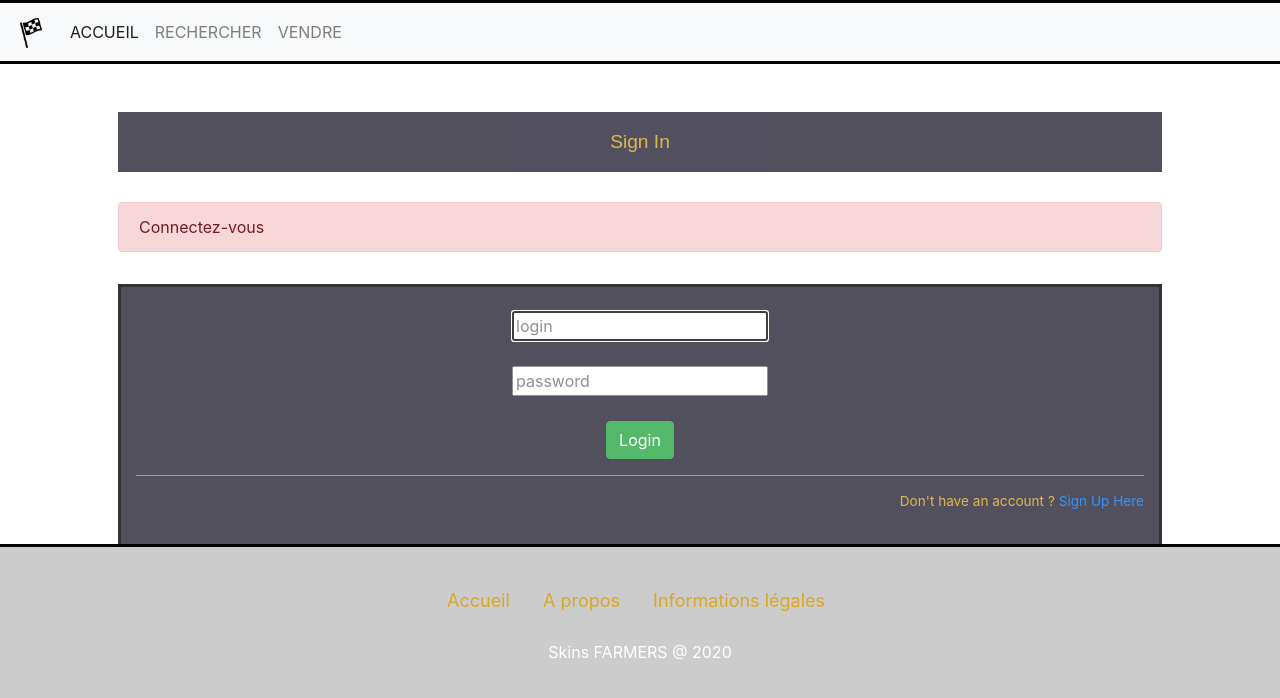
Repository: JonasvanHoorebeke/node_project_carforsale_final
Page: http://localhost/login/now
The author's editor kept a copy of each file at every save. The page is drawn from the files as they stood at one save, then again after the next save.
The browser window is 1280 px wide. The pictures show the whole page.
The page is served by the project's Node server (server.js). Other server files are loaded and not shown.

Above is the page before, as saved 2020-08-25 16:48:29.

### views/index.ejs

<%- include('header.ejs') %>
<body>
        <div class="container p-5">
            <div class="panel panel-info" >
                    <div class="panel-heading">
                        <div class="introsignup">Sign In</div>
                    </div>
                    <div style="padding-top:30px">
                        <% if (message.length > 0) { %>
                            <div class="alert alert-danger col-sm-12"><%= message %></div>
                <% } %>
                        <form id="loginform" role="form" method="post" action="/login"></br>
                            <div class="infologin">
                                        <input type="text"  name="login" value="" placeholder="login" aria-label="pseudo" autofocus>
                                    </div>
                            <div class="infologin">
                                        <input type="password"  name="password" placeholder="password" aria-label="mot de passe">
                                    </div>
                            <div class="infologin">
                                    </div>
                                <div style="margin-top:10px" class="form-group">
                                    <!--bouton-->
                                    <div class="login">
                                      <button id="login" type="submit" class="btn btn-success">Login  </button>
                                    </div>
                                </div>
                                <div class="form-group">
                                    <div class="col-md-12 control">
                                        <div class="pascompte" > Don't have an account ? <a href="/signup">Sign Up Here</a>
                                        </div>
                                    </div>
                                </div>
                            </form>
                        </div>
                    </div>
        </div>
    </div>
    <%- include('footer.ejs') %>

### views/header.ejs
<!DOCTYPE html>
<html lang="fr">

<head>
  <title>Cars for sale - Véhicules d'occasion</title>
  <meta charset="utf-8">
  <meta name="viewport" content="width=device-width, initial-scale=1.0">
  <link href="/css/style.css" rel="stylesheet" type="text/css">
  <link rel="stylesheet" href="https://maxcdn.bootstrapcdn.com/bootstrap/4.3.1/css/bootstrap.min.css">
  <script type="text/javascript" src="../scripts/scriptindex.js"></script>
  <script src="https://ajax.googleapis.com/ajax/libs/jquery/3.4.1/jquery.min.js"></script>
  <script src="https://maxcdn.bootstrapcdn.com/bootstrap/4.3.1/js/bootstrap.min.js"></script>
  <link rel="stylesheet" href="https://stackpath.bootstrapcdn.com/bootstrap/4.4.1/css/bootstrap.min.css" integrity="sha384-Vkoo8x4CGsO3+Hhxv8T/Q5PaXtkKtu6ug5TOeNV6gBiFeWPGFN9MuhOf23Q9Ifjh" crossorigin="anonymous">
    <!-- Plugin JS, jQuery Bootstrap -->
    <script src="https://code.jquery.com/jquery-3.5.1.slim.min.js" integrity="sha384-DfXdz2htPH0lsSSs5nCTpuj/zy4C+OGpamoFVy38MVBnE+IbbVYUew+OrCXaRkfj" crossorigin="anonymous"></script>
    <script src="https://cdn.jsdelivr.net/npm/popper.js@1.16.0/dist/umd/popper.min.js" integrity="sha384-Q6E9RHvbIyZFJoft+2mJbHaEWldlvI9IOYy5n3zV9zzTtmI3UksdQRVvoxMfooAo" crossorigin="anonymous"></script>
    <script src="https://stackpath.bootstrapcdn.com/bootstrap/4.5.0/js/bootstrap.min.js" integrity="sha384-OgVRvuATP1z7JjHLkuOU7Xw704+h835Lr+6QL9UvYjZE3Ipu6Tp75j7Bh/kR0JKI" crossorigin="anonymous"></script>

</head>
<body>
    <!--<nav class="navbar navbar-expand-sm navbar-light bg-light">
        <div class="container"><a class="skinfarmers" src="css/cars-for-sale-logo.png" width="30" height="30" alt="Logo de Cars for sale">></a><button data-toggle="collapse" class="navbar-toggler" data-target="#navcol-1"><span class="sr-only">Toggle navigation</span><span class="navbar-toggler-icon"></span></button>
            <div class="collapse navbar-collapse"
                id="navcol-1">
                <ul class="nav navbar-nav ml-auto">
                    <li role="presentation"><a class="navboutonergo" href="/annonce/add">Ajouter un skin</a></li>
                    <li role="presentation"><a class="navbouton" href="#">Fonctionnement</a></li>
                    <li role="presentation"><a class="navbouton" href="/signup/now">S'inscrire</a></li>
                    <li role="presentation"><a class="navbouton" href="/profil">Profil</a></li>
                    <li role="presentation"><a class="navbouton" href="/logout">Déconnexion</a></li>
                    <li role="presentation"><a class="navbouton" href="/cart">cart</a></li>
                    <li><a href="/cart" class="cartlogo"><img src="/css/ttt.png" alt="bouton panier" style="max-width: 39px;"></a></li>
                </ul>
            </div>
        </div>
    </nav>-->



    <nav class="navbar navbar-expand-sm navbar-light bg-light">
        <a class="navbar-brand" href="/">
          <img src="css/cars-for-sale-logo.png" width="30" height="30" alt="Logo de Cars for sale">
        </a>
        <button class="navbar-toggler" type="button" data-toggle="collapse" data-target="#navbarNav" aria-controls="navbarNav" aria-expanded="false" aria-label="Toggle navigation">
          <span class="navbar-toggler-icon"></span>
        </button>
        <div class="collapse navbar-collapse" id="navbarNav">
          <ul class="navbar-nav">
            <li class="nav-item active">
              <a class="nav-link" href="/">ACCUEIL</a>
            </li>
            <li class="nav-item">
              <a class="nav-link" href="/">RECHERCHER</a>
            </li>
            <li class="nav-item">
              <a class="nav-link" href="/annonce/add">VENDRE</a>
            </li>
          </ul>
        </div>
      </nav>

### views/footer.ejs
<!DOCTYPE html>
<html lang="fr">
<head>
  <title></title>
  <meta charset="utf-8">
  <meta name="viewport" content="width=device-width, initial-scale=1.0">
  <link rel="stylesheet" href="https://stackpath.bootstrapcdn.com/bootstrap/4.4.1/css/bootstrap.min.css" integrity="sha384-Vkoo8x4CGsO3+Hhxv8T/Q5PaXtkKtu6ug5TOeNV6gBiFeWPGFN9MuhOf23Q9Ifjh" crossorigin="anonymous">
  <link href="/css/style.css" rel="stylesheet" type="text/css">
  <link rel="stylesheet" href="https://maxcdn.bootstrapcdn.com/bootstrap/4.3.1/css/bootstrap.min.css">
</head>
<div id="page">
  <div class="footerr">
      <footer>
          <ul class="boutonfooter">
              <li class="bouton"><a href="/">Accueil</a></li>
              <li class="bouton"><a href="#">A propos</a></li>
              <li class="bouton"><a href="/infoleg">Informations légales</a></li>
          </ul>
      </br>
          <p class="copyright">Skins FARMERS @ 2020</p>
      </footer>
  </div>
</div>
</body>
</html>

### server.js
const path = require('path');
const express = require('express');
const ejs = require('ejs');
const bodyParser = require('body-parser');
const mysql = require('mysql');
const app = express();
const http = require('http');
const mysqlConnection = require("./connection.js");
var router = express.Router();
var session = require('express-session');
var cookieParser = require('cookie-parser');



//set views file
app.set('views',path.join(__dirname,'views'));

//set view engine
app.set('view engine', 'ejs');
app.use(bodyParser.json());
app.use(bodyParser.urlencoded({ extended: false }));
app.use(cookieParser());
app.use(session({
  secret: 'secret',
  resave: false,
  saveUninitialized: true
}))
app.use(express.static(__dirname + '/public')) //pour utiliser le css en local (fichiers statiques)



//app.use('/', routesUsers);
let routesUsers = require("./routes/routesAnnonces");
app.use('/', routesUsers);
// Server Listening
app.listen(3000, () => {
    console.log('I am feeling great on port 3000');
});

### controllers/usersControllers.js
const mysqlConnection = require("../connection.js");
var User = require('../models/userCompte.js');

// POUR SE CONNECTER AU SITE WEB PAR SESSION
exports.login = function(req, res){
   var message = '';
   var sess = req.session;
   let data = {login: req.body.login, password: req.body.password};
   var login = req.body.login;
   var password = req.body.password;
   let sql="SELECT iduser, login, telephone, password FROM `users` WHERE `login`='"+login+"' and password = '"+password+"'";
   let query = mysqlConnection.query(sql, data,(err, results)=>{
          if(results.length){
             req.session.id = results[0].iduser;
             req.session.role = results[0].role;
             req.session.users = results[0];
             console.log(results[0].iduser);
             res.redirect('/');
             message = 'Login réussi !';
          }
          else{
             message = 'Mauvaises informations.';
             res.render('index.ejs',{message: message});
          };
      });
};

//POUR SE DIRIGER VERS LA PAGE DE LOGIN
exports.loginNow = function(req, res){
   res.render('index.ejs', {
      message : "Connectez-vous"
   });
};

// POUR S'INSCRIRE SUR LE SITE WEB
exports.signup = function (req, res) {
   let user = new User(req.body.iduser, req.body.login, req.body.telephone, req.body.password);
   console.log(user);
   mysqlConnection.query("INSERT INTO users SET?",
       user, function (err, results) {
           if (err) {
               res.status(400).send(error);
           } else {
               res.status(200).redirect('/');
           }
       });
   };
// POUR AFFICHER LA PAGE D'INSCRIPTION
exports.signupNow = function(req, res){
   res.render('regist.ejs', {
      message : "Inscrivez-vous"
   });
};

// POUR SE DECONNECTER DU SITE WEB
exports.logout = function(req,res){
   req.session.destroy(function(err){
       if(err){
           console.log(err);
       }
       else
       {
           res.redirect('/');
       }
   });
 };
// POUR AFFICHER LES INFORMATIONS DE SON PROFIL ET LES MODIFIER
exports.profilUpdate = function (req, res) {
   const id = req.params.id;
   let sql = `Select * from users where iduser = ${id}`;
   let query = mysqlConnection.query(sql,(err, result)=>{
       if(err) throw err;
       res.render('profilupdate.ejs',{
           title : 'Modifiez vos informations personnelles',
           users : result[0]
       });
   });
};

// POUR UPDATE LES INFORMATIONS DU PROFIL
exports.updateProfil = function (req, res) {
   let user = new User(req.body.iduser, req.body.login, req.body.telephone, req.body.password);
   console.log(user);
   mysqlConnection.query("update users SET login='"+req.body.login+"', telephone='"+req.body.telephone+"', password='"+req.body.password+"' where iduser ="+req.body.iduser,
       [user, req.body.iduser], function (err, results) {
           if (err) {
               console.log(error);
               res.status(400).send(error);
           } else {
               res.status(202).redirect('/profil');
           }
       })
};

//POUR AFFICHER LE PROFIL
exports.profil = function(req, res, next){
	var users =  req.session.users,
	iduser = req.session.iduser;

	if(iduser == null){
		res.redirect("/login/now");
		return;
	}

	 let sql="SELECT * FROM users WHERE `iduser`='"+id+"'";

	   mysqlConnection.query(sql, function(err, results){

		   console.log(results);

		   res.render('profile.ejs', {users:users});

		});
};

### connection.js
const mysql = require("mysql");

var mysqlConnection = mysql.createConnection({
    host : "localhost",
    user : "root",
    password : "root",
    database : "db_carforsale",
    multipleStatements : true
});

mysqlConnection.connect((err)=>{
    if(!err)
        {
            console.log("Database connected <3");
        }
    else
        {
            console.log("Something went wrong with the database :( ");
        }
})

module.exports = mysqlConnection;

### public/css/style.css
body
{
    background-color: black;
}


/* Gérer la couleur des liens/boutons */

nav a:link {
    text-decoration : none;
}

nav a:hover {
    color : rgb(0, 0, 0);
}

nav a:active {
    text-decoration: none;
}

nav a:visited{
    text-decoration : none;
}

.boutonfooter {
        padding-left: 0px;
        list-style: none;
      }

.footerr {
        padding: 40px 0;
        background-color: #cbcbcb;
        color: white; /*gère la couleur du copyright en bas*/
        text-align: center;
        opacity: 98%;
        position : fixed;
        left : 0;
        bottom : 0;
        width: 100%;
        border-top: black solid;
      }

.footerr ul {
        padding: 0;
        list-style: none;
        text-align: center;
        font-size: 18px;
        line-height: 1.6;
        margin-bottom: 0;
      }

.footerr li {
        padding: 0 10px;
      }



ul {
        margin-top: 0;
        margin-bottom: 1rem;
      }

.bouton {
    margin-right: .5rem;
    display: inline-block;
}

.intro {
    text-align: center;
    padding: -95px 2;
    background-color: #2f2c3d;
    font-size: 20px;
    color: white;
    border-top: solid black;
    border-bottom: solid black;
    opacity: 80%;
}

nav {
    background-attachment: fixed;
    background-size: cover;
    opacity: 98%;
    border-bottom: black solid;
    border-top: solid black;
}

nav a { /*gère le logo skinfarmerz*/
    color: #d3d3d3;
}

.boutonheader {
    list-style: none;
    display : inline;
}

ul.boutonheader {
    list-style: none;
    display : inline-flex;
}


.container {
    width: 100%;
    padding-right: 15px;
    padding-left: 15px;
    margin-right: auto;
    margin-left: auto;
}
.skinfarmers {
    display: inline-block;
    padding-top: .3125rem;
    padding-bottom: .3125rem;
    margin-right: 1rem;
    font-size: 1.25rem;
    line-height: inherit;
    white-space: nowrap;
}

.navbouton {
    display: block;
    padding: .5rem 1rem;
    color: goldenrod;
}

.navboutonergo {
    display: block;
    padding: .5rem 1rem;
    color: goldenrod;
}

ul.boutonfooter a {
    color: goldenrod!important;
}

form {
    margin-top: 2em;
    background-color: #cac8c2;
}


#Lesskins {
    border-radius: 10px;
    margin-bottom: 200px;
    min-height: 400px;
}

.titreadd {
    color: #282536;
}

.titreproduit {
    text-align: center;
    color: #282536;
    background-color: #241e2d;
}

.cartt {
    text-align: center;
    background-color: #282536;
}

.introcart {
    text-align: center;
    background-color: #282536;
    color: #c1c1c1;
}

.itemm {
    display: block;
    color: #c1c1c1;
    padding-top: 1rem;
}

.nomskin {
    color: goldenrod;
}


.textintroregister {
    text-transform: uppercase;
    text-align: center;
    margin-bottom: 5rem;
}

.infos {
    display: block;
}

.listtt {
    display: block;
    text-align: center;
}

#loginbox {
    text-align: center;
}

.introsignup {
    font-size: larger;
    font-family: Arial ;
    background-color: #282536;
    opacity: 80%;
    border-top: black solid;
    border-bottom: black solid;
    color: goldenrod;
    text-align: center;
    padding-top: 1rem;
    padding-bottom: 1rem;
    border: 2rem;
}

#infoleg {
    font-size: smaller;
}

.pascompte {
    border-top: 1px solid#888;
    color: goldenrod;
    padding-top:15px;
    font-size:85%;
    padding-bottom: 1rem;
    text-align: right;
}

.login {
    text-align: center;
}

.infologin {
    margin-bottom: 25px;
    text-align: center;
}

.infosignup {
    margin-bottom: 25px;
    text-align: center;
}

form {
    background-color: #282536;
    opacity: 80%;
    border: black solid;
    border-bottom: black solid;

}

.nomdescases {
    color: #c1c1c1;
    font-family: Arial;
    padding-left: 1rem;
}

.cases {
    display: block;
    width: 100%;
    background-color: #fff;
    border: 1px solid #ced4da;
    border-radius: .25rem;
}

.navigation1 {
    padding: .5rem 1rem;
    flex-flow: row nowrap;
    justify-content: flex-start;
}

input.cases {
    text-align: center;
}

.imgskin {
    max-width : 350px;
}

.imageskin {
    display: flex;
	justify-content: center;
	align-items: center;
}

.espacement {
	margin-right: 20px;
}

.prixjeu {
    background-color: #8296c7;
    opacity: 90%;

}

.introitempage {
        font-size: larger;
        font-family: Arial ;
        background-color: #282536;
        opacity: 80%;
        border-top: black solid;
        border-bottom: black solid;
        color: rgb(255, 255, 255);
        text-align: center;
        padding-top: 1rem;
        padding-bottom: 1rem;
        border: 2rem;
}

.cards-annonces {
        margin: 20px;

}

.col-sm {
        text-align: center;
        border-radius: 5px 5px 5px 5px;
        box-shadow: 12px 15px 20px 0px rgba(46,61,73,0.15);
        color: #000;
        font-size: 14px;
}

.bouttons-annonces {
        text-align: center;

}
/*.navbari {
    flex-flow: row nowrap;
    justify-content: flex-start;
    position: relative;
    display: flex;
    align-items: center;
    padding: .5rem 1rem;
}

*, ::after, ::before {
    box-sizing: border-box;
}

### scripts/scriptindex.js
function Recherche() {

    var input, filter, table, tr, td, i, txtValue;
    input = document.getElementById("Larecherche");
    filter = input.value.toUpperCase();
    table = document.getElementById("Lesskins");
    tr = table.getElementsByTagName("tr");

    // Boucle qui passe toute les lignes de la liste et qui cachent ceux qui correspondent pas à la recherche
    for (i = 0; i < tr.length; i++) {
      td = tr[i].getElementsByTagName("td")[0];
      if (td) {
        txtValue = td.textContent || td.innerText;
        if (txtValue.toUpperCase().indexOf(filter) > -1) {
          tr[i].style.display = "";
        } else {
          tr[i].style.display = "none";
        }
      }
    }
  }

After the next save:
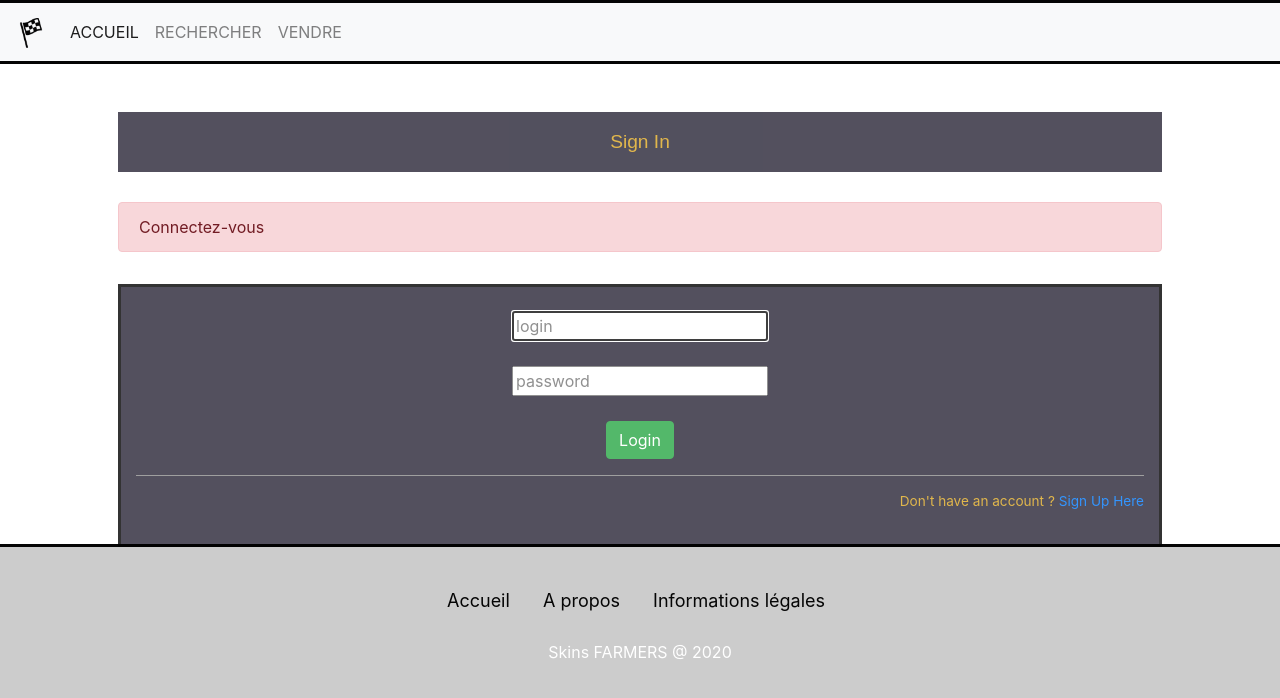
Saved 41 s later.
--- a/public/css/style.css
+++ b/public/css/style.css
@@ -129,7 +129,7 @@ ul.boutonheader {
 }
 
 ul.boutonfooter a {
-    color: goldenrod!important;
+    color: rgb(0, 0, 0)!important;
 }
 
 form {
